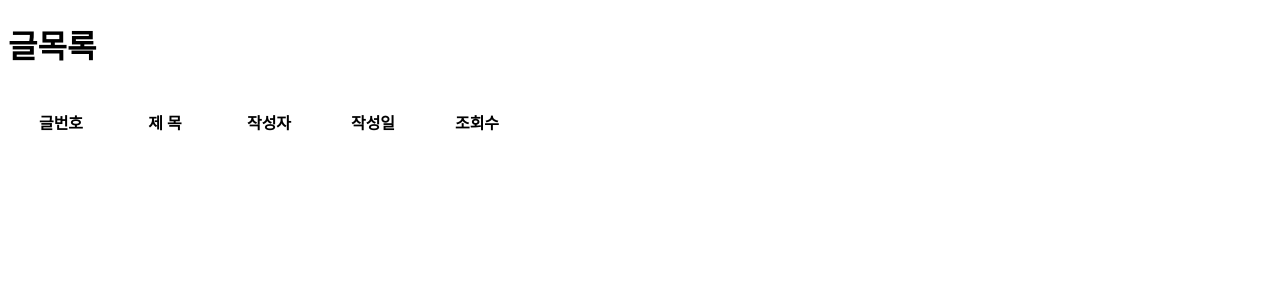
Repository: Jh1227/JSP
Page: http://localhost/10_ConnectionPool/board/boardList.jsp
The author's editor kept a copy of each file at every save. The page is drawn from the files as they stood at one save, then again after the next save.
The browser window is 1280 px wide. The pictures show the whole page.
The page is served by Tomcat 9.

Above is the page before, as saved 2023-04-05 01:10:48.

After the next save:
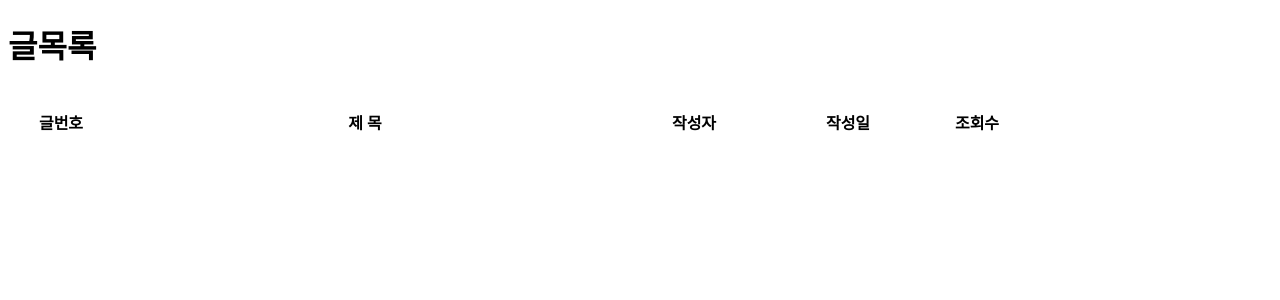
Saved 12 s later.
--- a/10_ConnectionPool/src/main/webapp/board/boardList.jsp
+++ b/10_ConnectionPool/src/main/webapp/board/boardList.jsp
@@ -15,9 +15,9 @@
 	<table>
 		<tr>
 			<th width ="100px"> 글번호 </th>
-			<th width ="100px"> 제 목 </th>
-			<th width ="100px"> 작성자 </th>
-			<th width ="100px"> 작성일 </th>
+			<th width ="500px"> 제 목 </th>
+			<th width ="150px"> 작성자 </th>
+			<th width ="150px"> 작성일 </th>
 			<th width ="100px"> 조회수 </th>
 		</tr>
 	</table>
